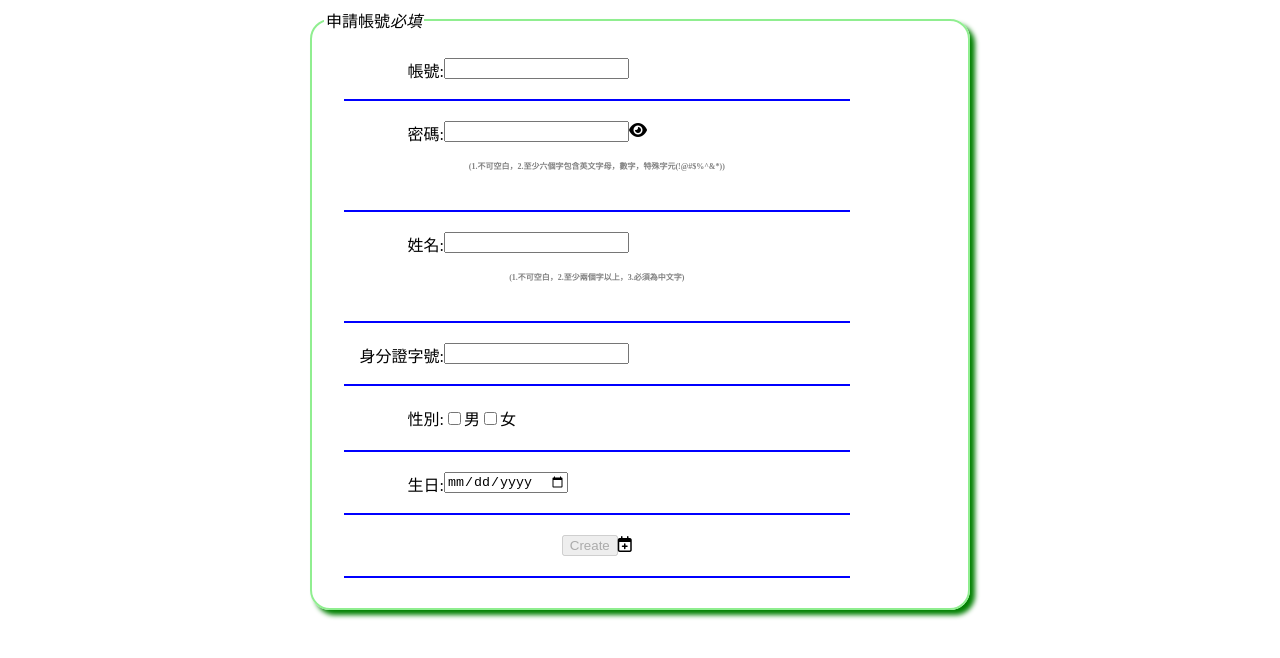
Repository: cctytw2000/JavaSecondProject
Page: Member/EEIT109_35/src/main/webapp/html/RegisteredMember.html
These files come from the project's save history. The page is drawn as it stood at one moment and after the next save; the edit follows.
The browser window is 1280 px wide. The pictures show the whole page.
Some web libraries are served in a nearby version.

Above is the page before, as saved 2019-09-07 02:35:02.

After the next save:
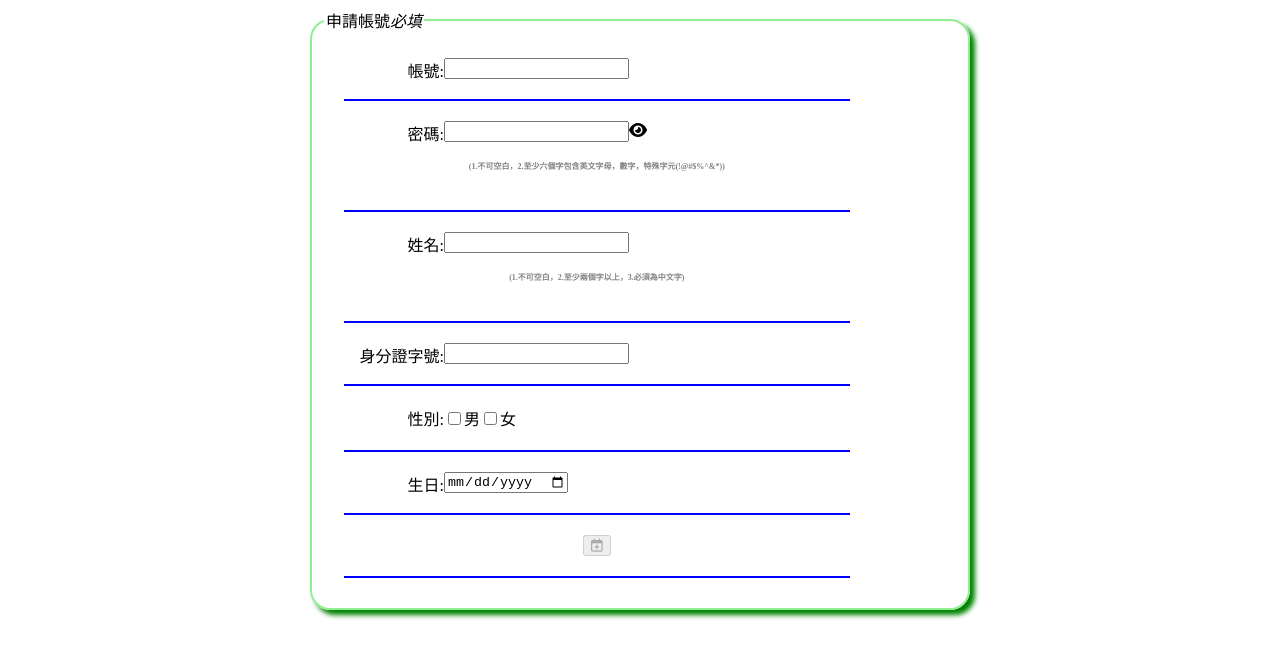
Saved 108 s later.
--- a/Member/EEIT109_35/src/main/webapp/html/RegisteredMember.html
+++ b/Member/EEIT109_35/src/main/webapp/html/RegisteredMember.html
@@ -37,7 +37,8 @@
 <label class='label1'>生日:</label><input id="date" type="date" name="birth">
 </div>
 <div id="submit"  class="div1" style="text-align: center">
-<input type='submit' value='Create' disabled><i size="5x" class="far fa-calendar-plus"></i>
+<button type="submit" disabled><i size="5x" class="far fa-calendar-plus"></i></button>
+
 </div>
 </fieldset>
 </form>
